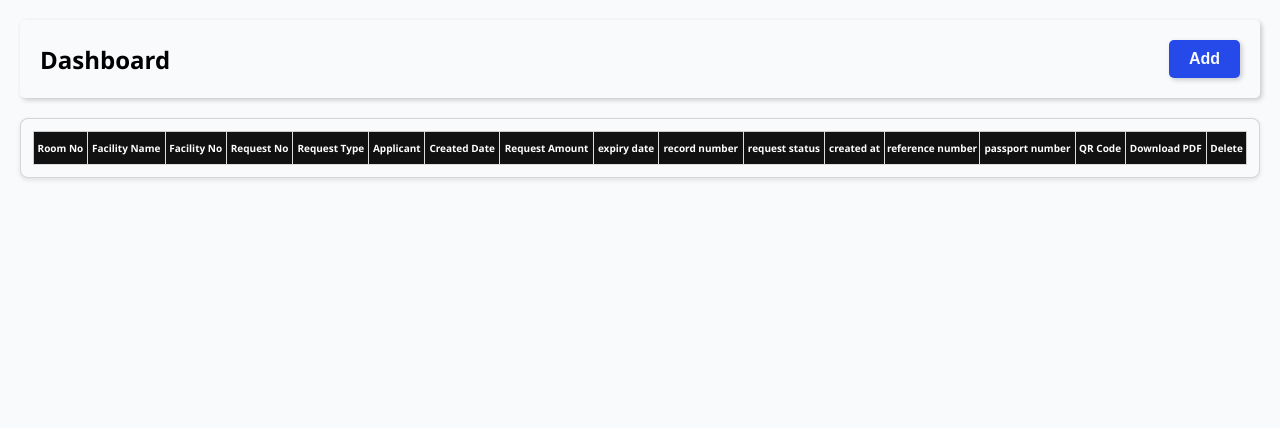
Repository: irfan-shah-sherani/Travel-Tour
Page: public/index.html
An editor plug-in stored every save of this project. The page is shown before and after the next save, followed by the edit.
The browser window is 1280 px wide. The pictures show the whole page.
Pictures or frames that could not be fetched are drawn as grey boxes. The page's requests for data from a server got no answer.

Above is the page before, as saved 2025-07-11 12:18:05.

After the next save:
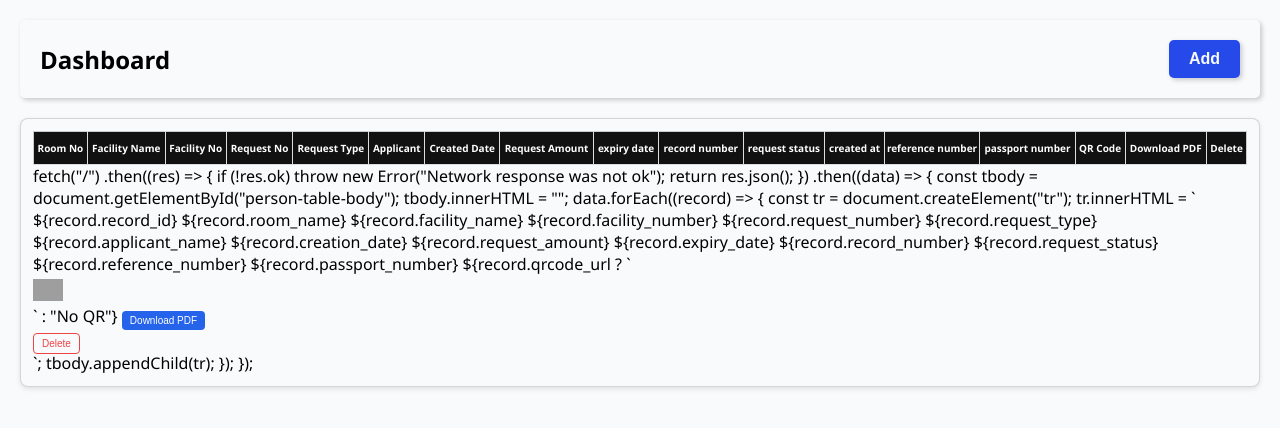
Saved 2 min 20 s later.
--- a/public/index.html
+++ b/public/index.html
@@ -58,15 +58,17 @@
         </table>
 
         <!-- ✅ Place script here -->
-        <script>
-          fetch("/")
-            .then((res) => res.json())
-            .then((data) => {
-              const tbody = document.getElementById("person-table-body");
-              tbody.innerHTML = "";
-              data.forEach((record) => {
-                const tr = document.createElement("tr");
-                tr.innerHTML = `
+        fetch("/")
+  .then((res) => {
+    if (!res.ok) throw new Error("Network response was not ok");
+    return res.json();
+  })
+  .then((data) => {
+    const tbody = document.getElementById("person-table-body");
+    tbody.innerHTML = "";
+    data.forEach((record) => {
+      const tr = document.createElement("tr");
+      tr.innerHTML = `
           <td>${record.record_id}</td>
           <td>${record.room_name}</td>
           <td>${record.facility_name}</td>
